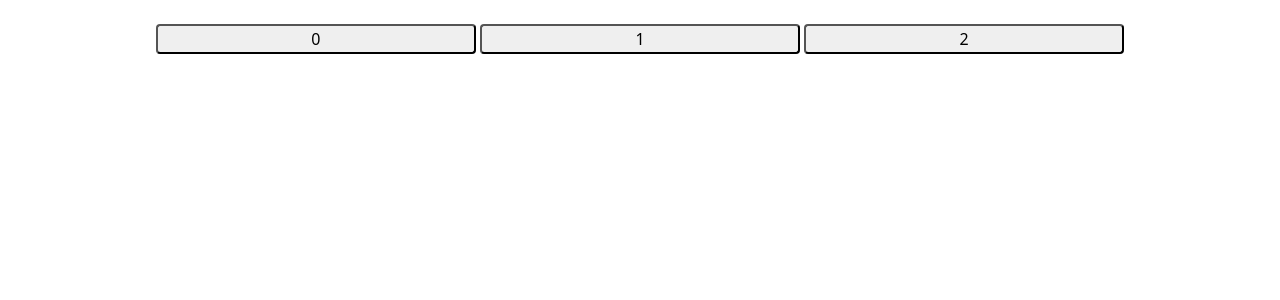
Repository: hcozyph/CyberSoft_Bai_Tap_Tren_Lop
Page: ES6/ES6_BASIC/index.html
The author's editor kept a copy of each file at every save. The page is drawn from the files as they stood at one save, then again after the next save.
The browser window is 1280 px wide. The pictures show the whole page.

Above is the page before, as saved 2023-03-19 10:59:52.
Console error: ReferenceError: hoTen is not defined

### ES6/ES6_BASIC/index.html
<!DOCTYPE html>
<html lang="en">
    <head>
        <title>ES6-BASIC</title>
        <!-- Required meta tags -->
        <meta charset="utf-8" />
        <meta
            name="viewport"
            content="width=device-width, initial-scale=1, shrink-to-fit=no"
        />

        <!-- Bootstrap CSS v5.2.1 -->
        <link
            href="https://cdn.jsdelivr.net/npm/bootstrap@5.2.1/dist/css/bootstrap.min.css"
            rel="stylesheet"
            integrity="sha384-iYQeCzEYFbKjA/T2uDLTpkwGzCiq6soy8tYaI1GyVh/UjpbCx/TYkiZhlZB6+fzT"
            crossorigin="anonymous"
        />
    </head>

    <body>
        <div class="text-center my-4">
            <button class="w-25 rounded-1">0</button>
            <button class="w-25 rounded-1">1</button>
            <button class="w-25 rounded-1">2</button>
        </div>

        <!-- Bootstrap JavaScript Libraries -->
        <script
            src="https://cdn.jsdelivr.net/npm/@popperjs/core@2.11.6/dist/umd/popper.min.js"
            integrity="sha384-oBqDVmMz9ATKxIep9tiCxS/Z9fNfEXiDAYTujMAeBAsjFuCZSmKbSSUnQlmh/jp3"
            crossorigin="anonymous"
        ></script>

        <script
            src="https://cdn.jsdelivr.net/npm/bootstrap@5.2.1/dist/js/bootstrap.min.js"
            integrity="sha384-7VPbUDkoPSGFnVtYi0QogXtr74QeVeeIs99Qfg5YCF+TidwNdjvaKZX19NZ/e6oz"
            crossorigin="anonymous"
        ></script>
        <script type="module" src="./index.js"></script>
    </body>
</html>

### ES6/ES6_BASIC/index.js
/*-------  Cơ chế khai báo biến ------ */

/*
PHẠM VI BIẾN
- var: Hỗ trợ cơ chế hoisting, nên phạm vi biến là toàn cục

- let:
    > KHÔNG hỗ trợ cơ chế hoisting khi khai báo biến trùng tên với nhau trên cùng một scope thì browser báo lỗi.
    > Khi khai báo let ở các scope khác nhau thi giá trị sẽ phân biệt.

- const: Tương tự let, tuy nhiên giá trị không được phép gán lại.

=>>> Dùng let thay thế cho var thì khai báo biến trong ES6
*/

var arrButton = document.querySelectorAll('button');

for (var index = 0; index < arrButton.length; index++) {
    let btn = arrButton[index];
    btn.onclick = function () {
        alert(btn.innerHTML);
    }
}

/*------- HÀM -------*/

//----------declaration function ----- <Hỗ trợ hoisting>
function tenHam() {
    console.log('ten ham');
}

//-----------express function ----- <Không hỗ trợ hoisting>
var showMessage = function () {
    console.log('showMessage');
}


/*
------------- CONTEXT (ngữ cảnh this) ----------------

OBJECT: trong object thì this sẽ là object.

FUNCTION: trong function đối tượng nào thực thi phương thức thì this sẽ là đối tượng đó. Nói cách khác this trong function là function đó.

DEFAULT: this là window.(Khi ngữ cảnh trồng chéo nhau). Nếu mở tính năng module của thẻ script thì sẽ báo lỗi

*/
hoTen = 'nguyen van teo';
console.log('width:', window.innerWidth);
console.log('title:', window.document.title);
console.log('name:', window.hoTen);


var sinhvien = {
    ma: 1,
    ten: 'Phuoc',
    hienThiThongTin: function () {
        function hienThi() {
            console.log(this.ma);
            console.log(this.ten);
        }
        hienThi();
    }
}
sinhvien.hienThiThongTin();


function Product() {
    this.id = '';
    this.name = '';
    this.showInfo = function () {
        console.log('id', this.id);
        console.log('name', this.name);
    };
}

var prd1 = new Product();
prd1.id = 1;
prd1.name = 'Product A';
prd1.showInfo();

var prd2 = new Product();
prd2.id = 2;
prd2.name = 'Product B';
prd2.showInfo();


/*----------- ARROW FUNCTION  ------------*/

/* Arrow function là cách khai báo hàm với cú pháp '=>'
    + Khai báo hàm ngắn gọn hơn:
        + Đối với hàm chỉ có 1 tham số thì sẽ không cẩn () cho tham số. VD: (title) => {} tương đương title => {}
        + Đối với hàm chỉ có 1 lệnh return thì sẽ không cần ghi chữ return và {}. Ví dụ (a,b)=> {return a+b;} tương đương (a,b) => a+b

    + Loại bỏ được ngữ cảnh (this)
    + Không dùng cho việc khai báo Prototype và cũng không hỗ trợ hoisting => dùng cho mục đích khai báo hàm( hàm không phụ thuộc vào prototype)
*/

var showInfoProduct = () => {
    console.log('Hello hcozyph bc43');
    console.log(this);
}
// var prd = new showInfoProduct();'

var sayHello = (name) => {
    return 'hello' + name;
}

var sayHelloArrow = name => `hello ${name}`;

After the next save:
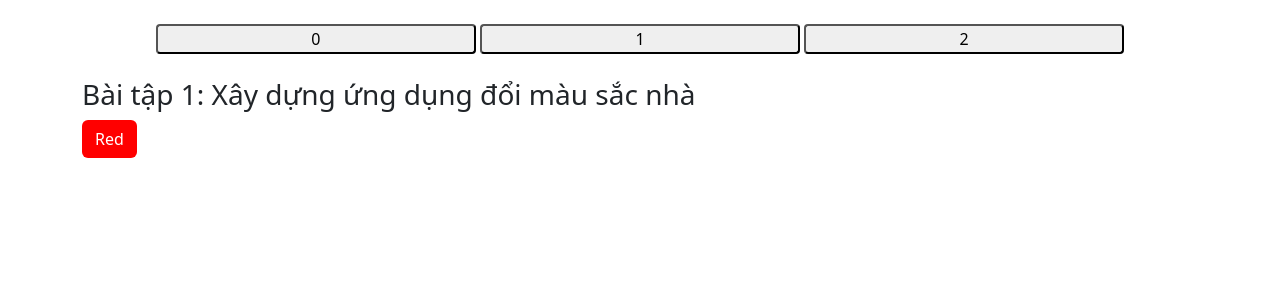
Saved 4 min 21 s later.
--- a/ES6/ES6_BASIC/index.html
+++ b/ES6/ES6_BASIC/index.html
@@ -25,6 +25,17 @@
             <button class="w-25 rounded-1">2</button>
         </div>
 
+        <div class="container">
+            <h3>Bài tập 1: Xây dựng ứng dụng đổi màu sắc nhà</h3>
+            <i class="fa fa-home" id="home" style="font-size: 30px"></i>
+
+            <div id="colors" class="mt-2">
+                <button class="btn text-white" style="background-color: red">
+                    Red
+                </button>
+            </div>
+        </div>
+
         <!-- Bootstrap JavaScript Libraries -->
         <script
             src="https://cdn.jsdelivr.net/npm/@popperjs/core@2.11.6/dist/umd/popper.min.js"
